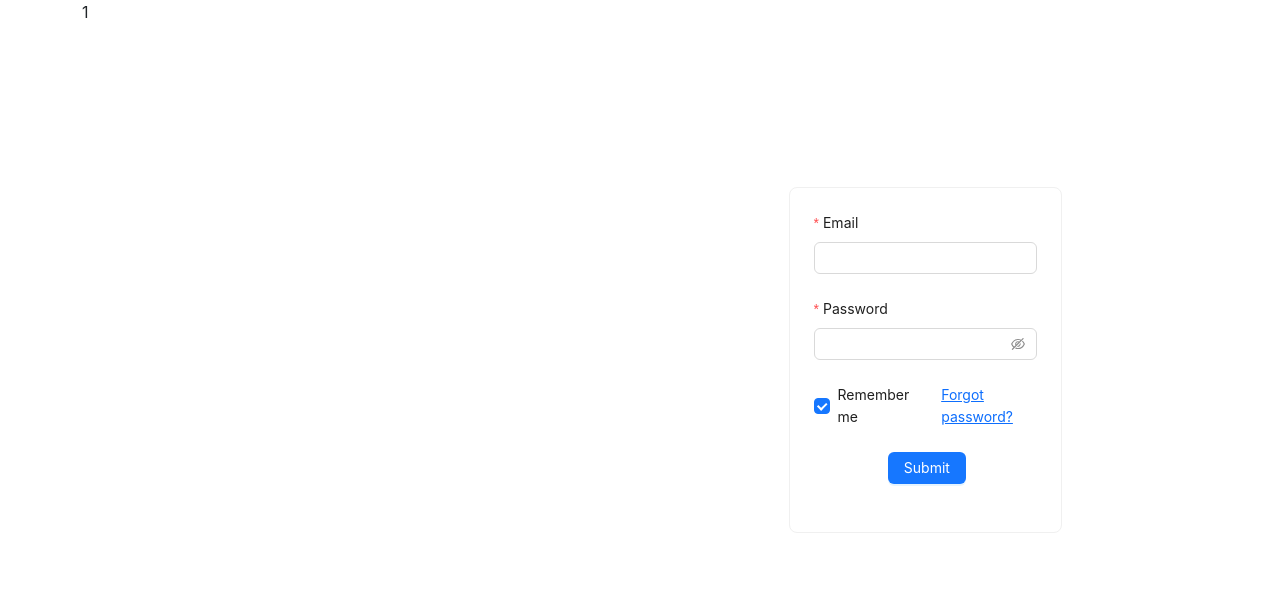
Repository: di-huynh-dev/kanban-inventory-management
Page: /
These files come from the project's save history. The page is drawn as it stood at one moment and after the next save; the edit follows.
The browser window is 1280 px wide. The pictures show the whole page.
The project was rebuilt for these pictures with package versions that can differ from the ones it lists, and the page was loaded fresh each time. Also part of the build but not shown: src/App.css, src/pages/auth/SignUp.tsx, src/routers/MainRouter.tsx.

Above is the page before, as saved 2024-09-07 11:53:43.

After the next save:
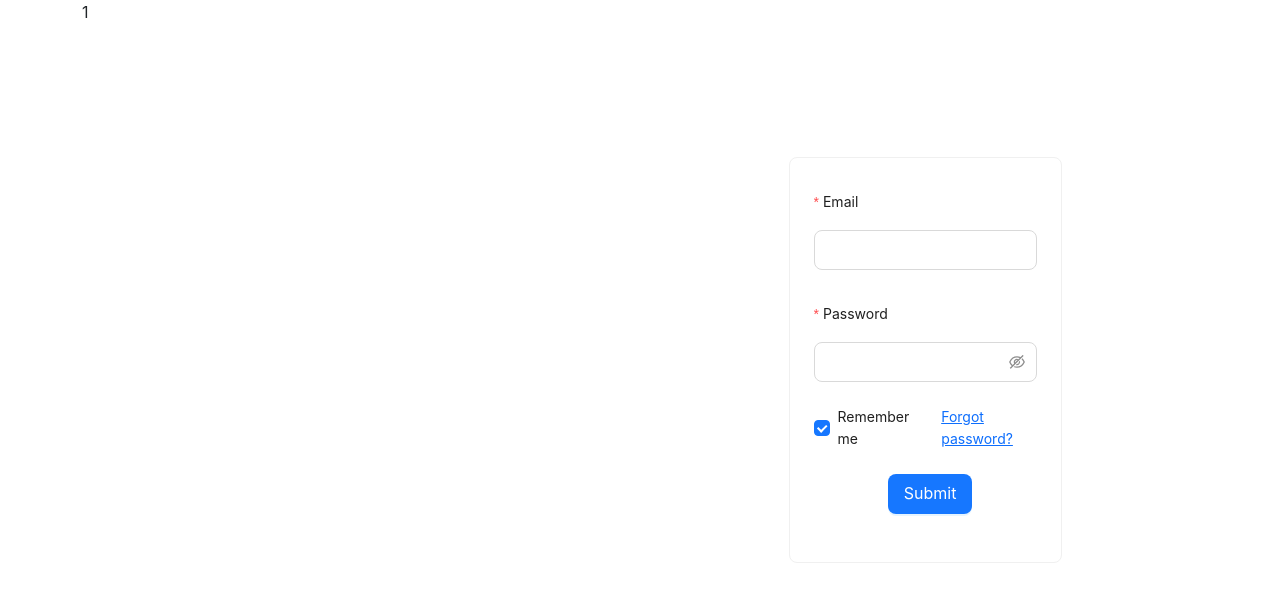
Saved 28 s later.
--- a/src/pages/auth/Login.tsx
+++ b/src/pages/auth/Login.tsx
@@ -28,7 +28,7 @@ const LoginPage = () => {
           initialValues={{ remember: true }}
           onFinish={onFinish}
           onFinishFailed={onFinishFailed}
-          autoComplete="off"
+          size="large"
         >
           <Form.Item<FieldType>
             label="Email"
